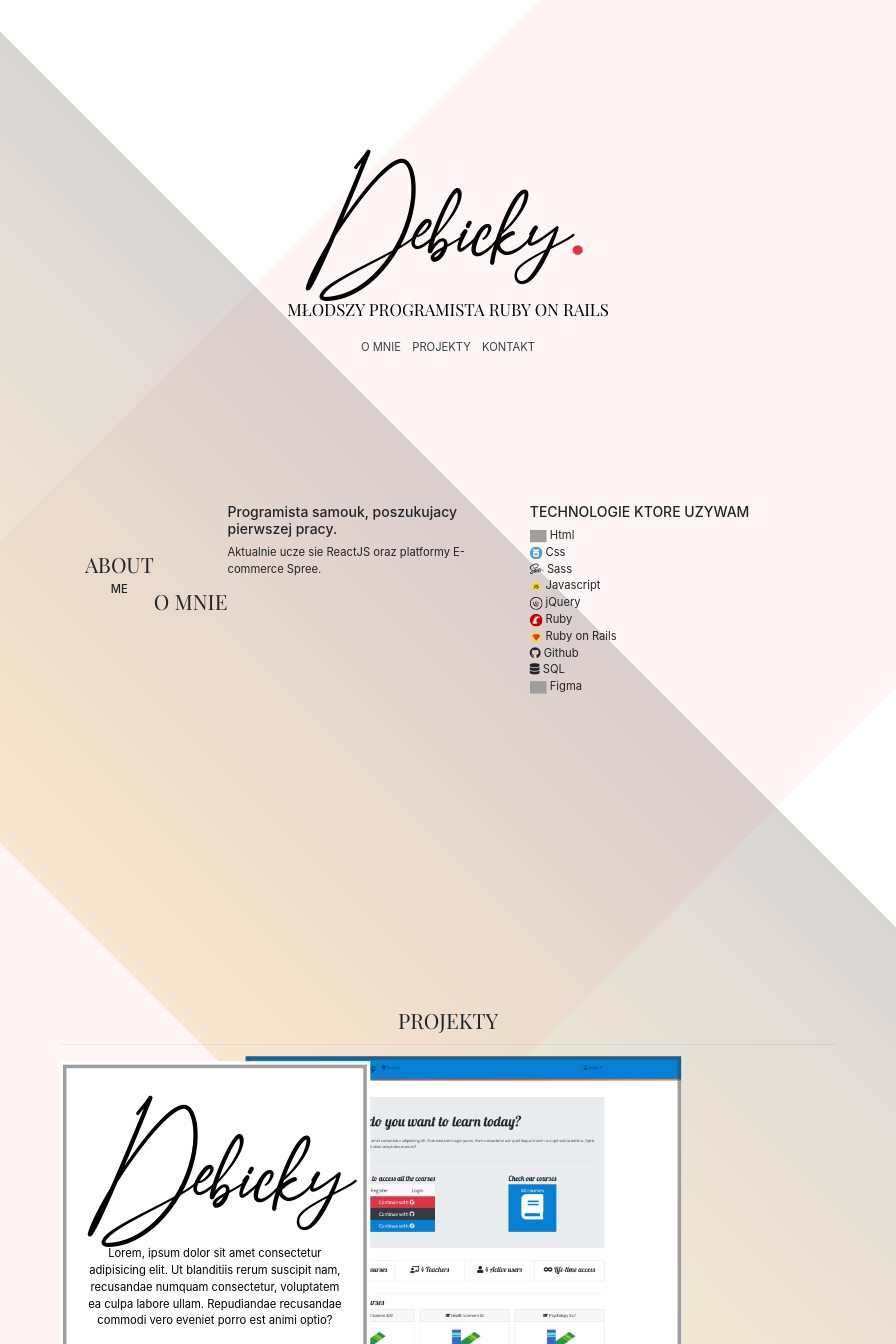
Repository: debicky/debicky.github.io
Page: index.html
The author's editor kept a copy of each file at every save. The page is drawn from the files as they stood at one save, then again after the next save.
The browser window is 1280 px wide. The pictures show the part of the page from y = 0 to 1920 px (the page is 4239 px tall), at 70% of full size.
Pictures or frames that could not be fetched are drawn as grey boxes. Some web libraries are served in a nearby version.

Above is the page before, as saved 2020-06-14 12:27:44.

After the next save:
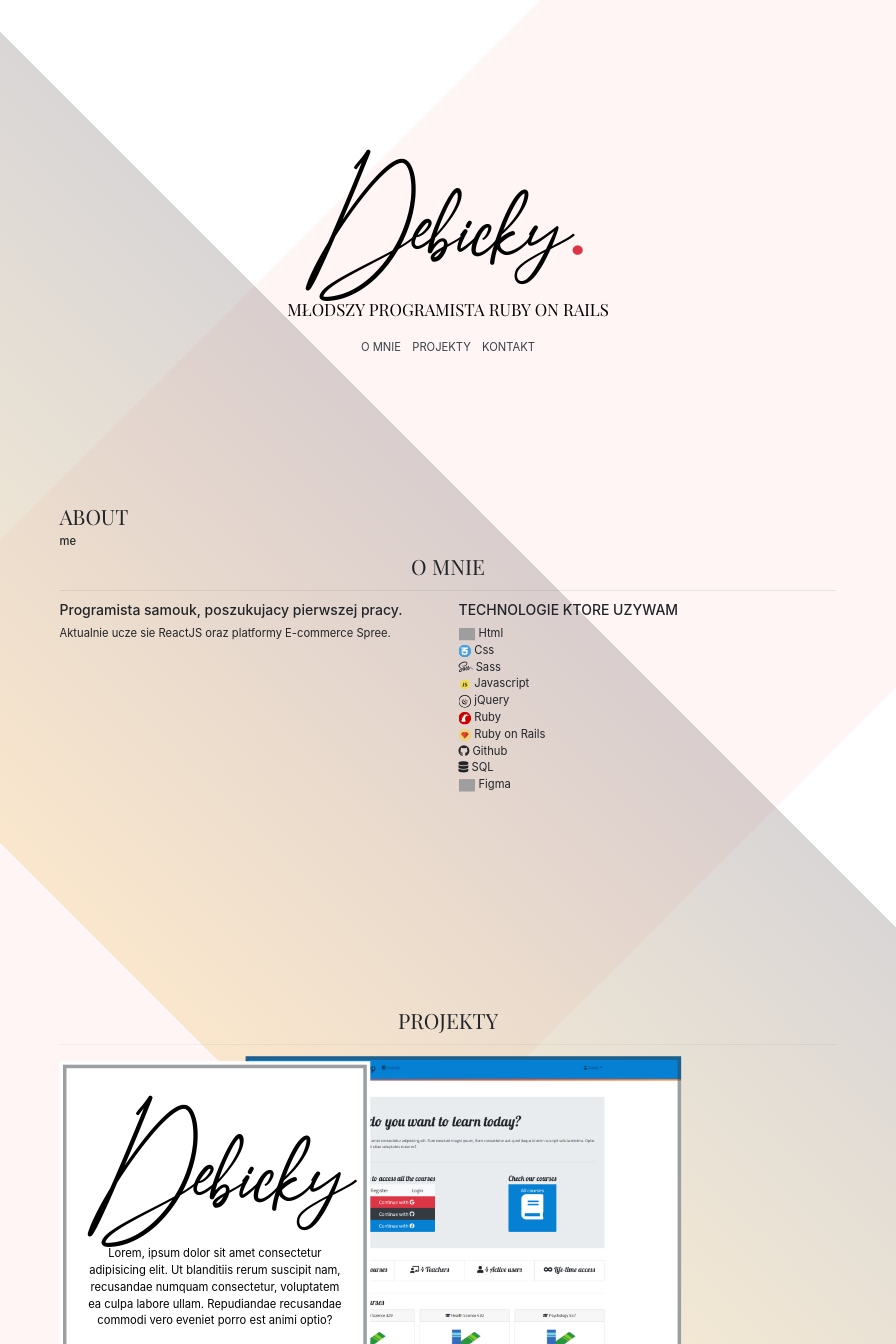
Saved 11 s later.
--- a/styles.css
+++ b/styles.css
@@ -95,18 +95,6 @@ header{
 
 /* About */
 
-.about .container {
-  display: flex;
-  align-items: center;
-  justify-content: center;
-}
-
-.about-heading {
-  text-align: center;
-  text-transform: uppercase;
-  line-height: 0 !important;
-  margin-bottom: 5rem;
-}
 
 .about{
   height: 100vh;
